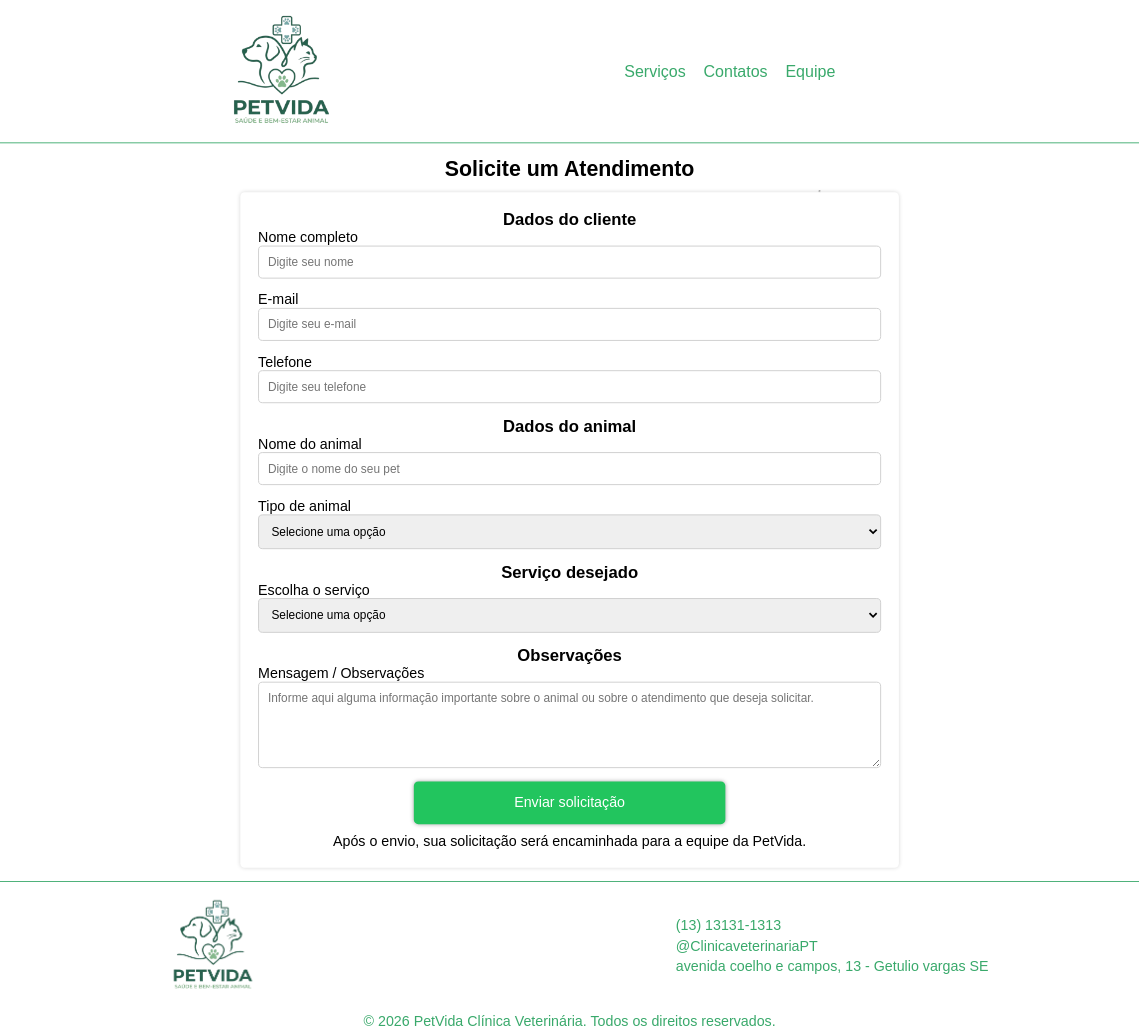
Repository: antonymsantana-design/Veterinario
Page: contatos.html
An editor plug-in stored every save of this project. The page is shown before and after a run of saves, followed by the edit.
The browser window is 1280 px wide. The pictures show the whole page, at 89% of full size.

Above is the page before, as saved 2026-10-03 19:39:58.

After the next 2 saves:
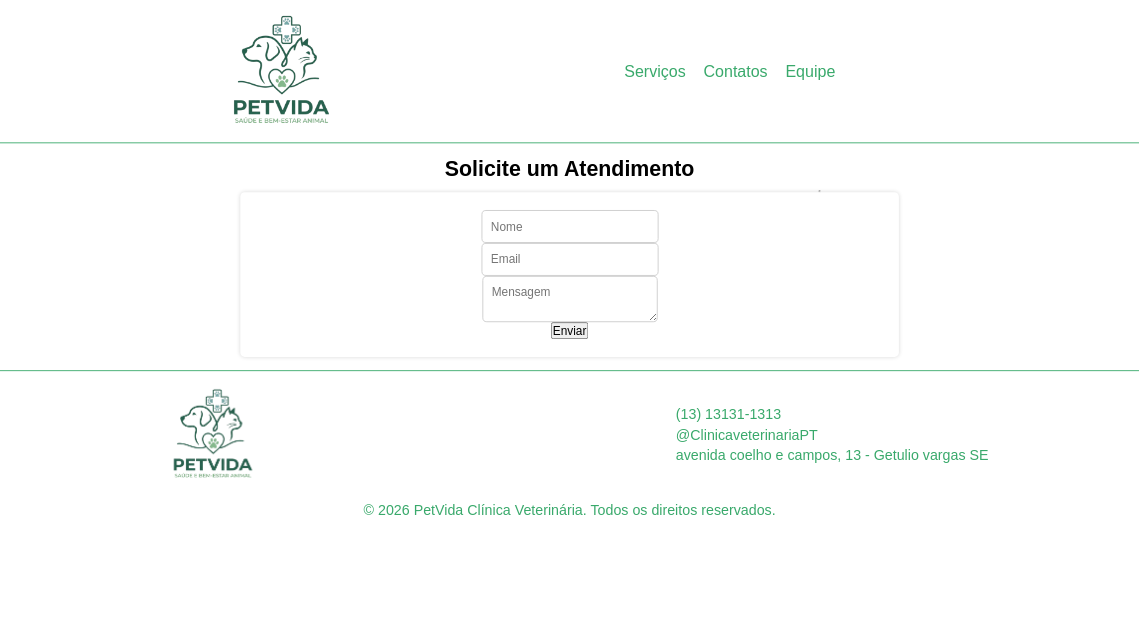
The 2 saves are shown as one change because they came seconds apart.
The last was saved 78 s later.
--- a/contatos.html
+++ b/contatos.html
@@ -26,7 +26,7 @@
     <hr />
 
     <div class="context">
-    <form
+    <!-- <form
       action="https://formsubmit.co/antonymsantana@gmail.com"
       method="POST"
     >
@@ -130,7 +130,18 @@
       <p class="texto-form">
         Após o envio, sua solicitação será encaminhada para a equipe da PetVida.
       </p>
-    </form>
+    </form> -->
+    <form action="https://formsubmit.co/SEU_EMAIL" method="POST">
+
+    <input type="text" name="nome" placeholder="Nome" required>
+
+    <input type="email" name="email" placeholder="Email" required>
+
+    <textarea name="mensagem" placeholder="Mensagem"></textarea>
+
+    <button type="submit">Enviar</button>
+
+</form>
     </div>
   </body>
   <footer id="footer">
